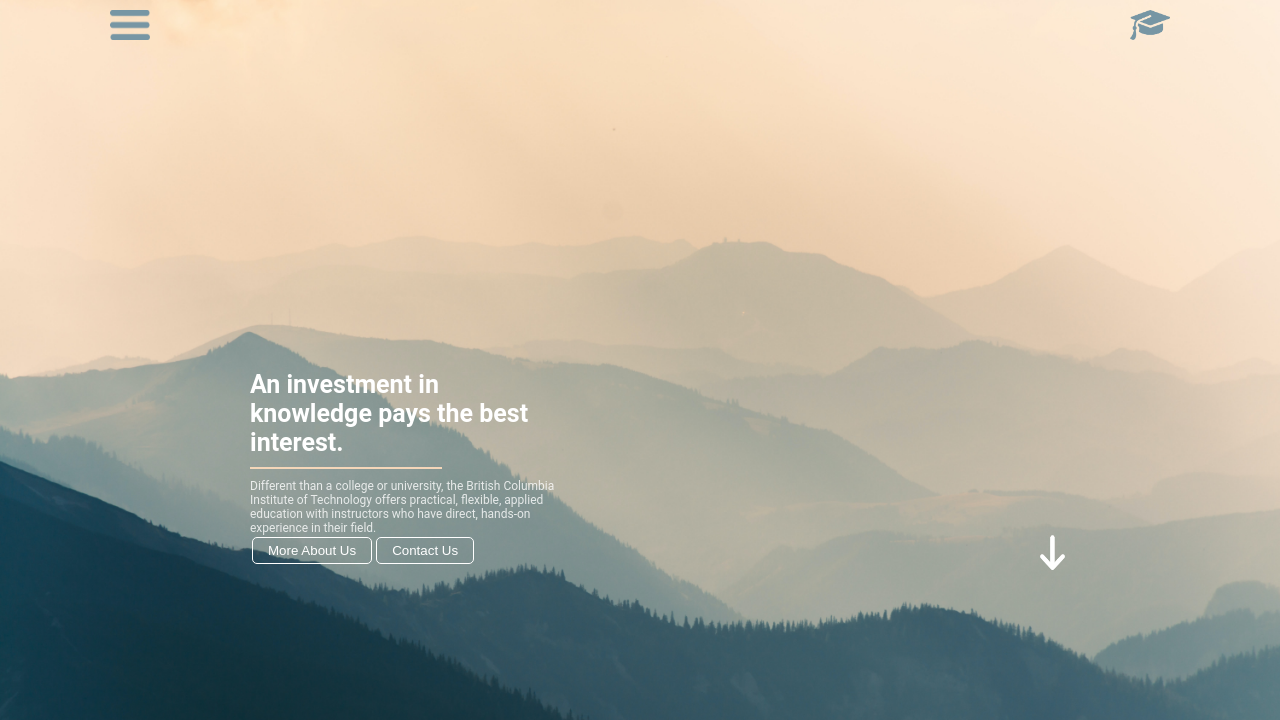
Repository: Sheraliramzan/Aly_A01253508_Assignment1
Page: /
The author's editor kept a copy of each file at every save. The page is drawn from the files as they stood at one save, then again after a run of saves.
The browser window is 1280 px wide. The pictures show the whole page.
The project was rebuilt for these pictures with package versions that can differ from the ones it lists, and the page was loaded fresh each time. The framework's server and built-in components were replaced by stand-ins that run in the browser. Also part of the build but not shown: next.config.js.

Above is the page before, as saved 2023-02-05 14:52:20.

After the next 2 saves:
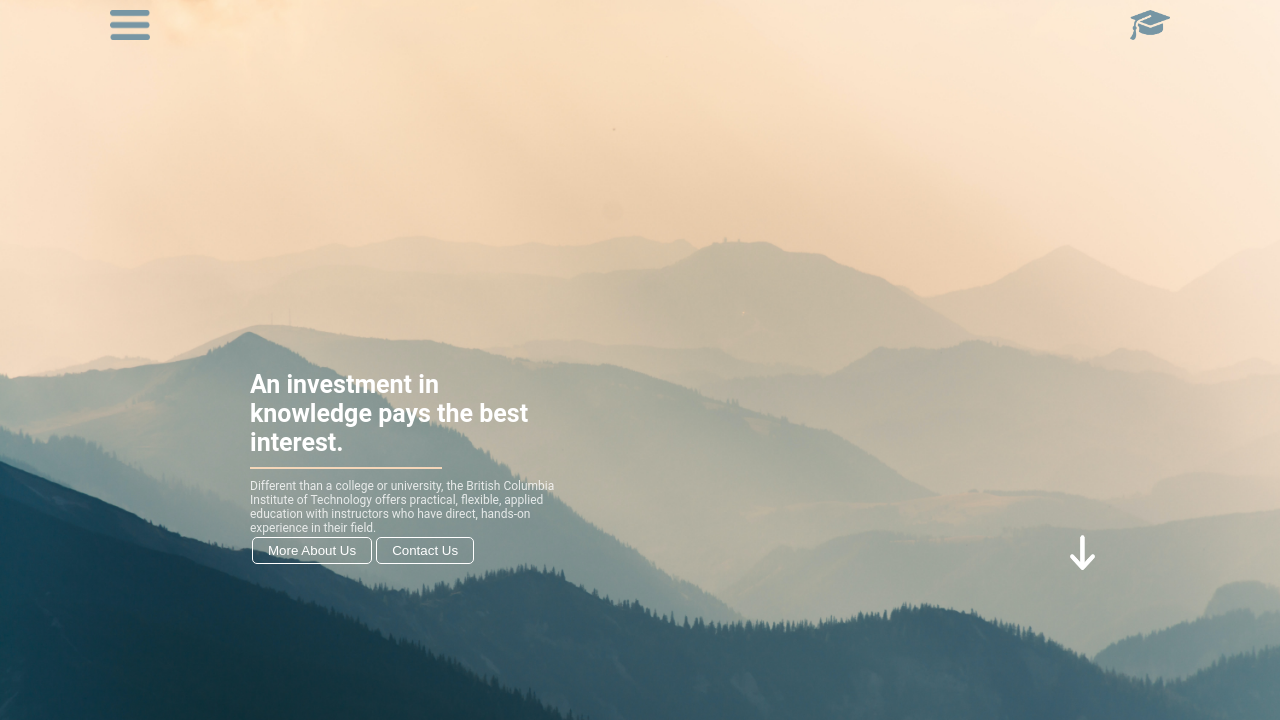
The 2 saves are shown as one change because they came seconds apart.
The last was saved 7 s later.
--- a/styles/globals.css
+++ b/styles/globals.css
@@ -94,7 +94,7 @@ ul > li {
 }
 .downarrow{
   position: fixed;
-  left:1040px;
+  left:1070px;
 }
 .uparrow{
   position: fixed;
